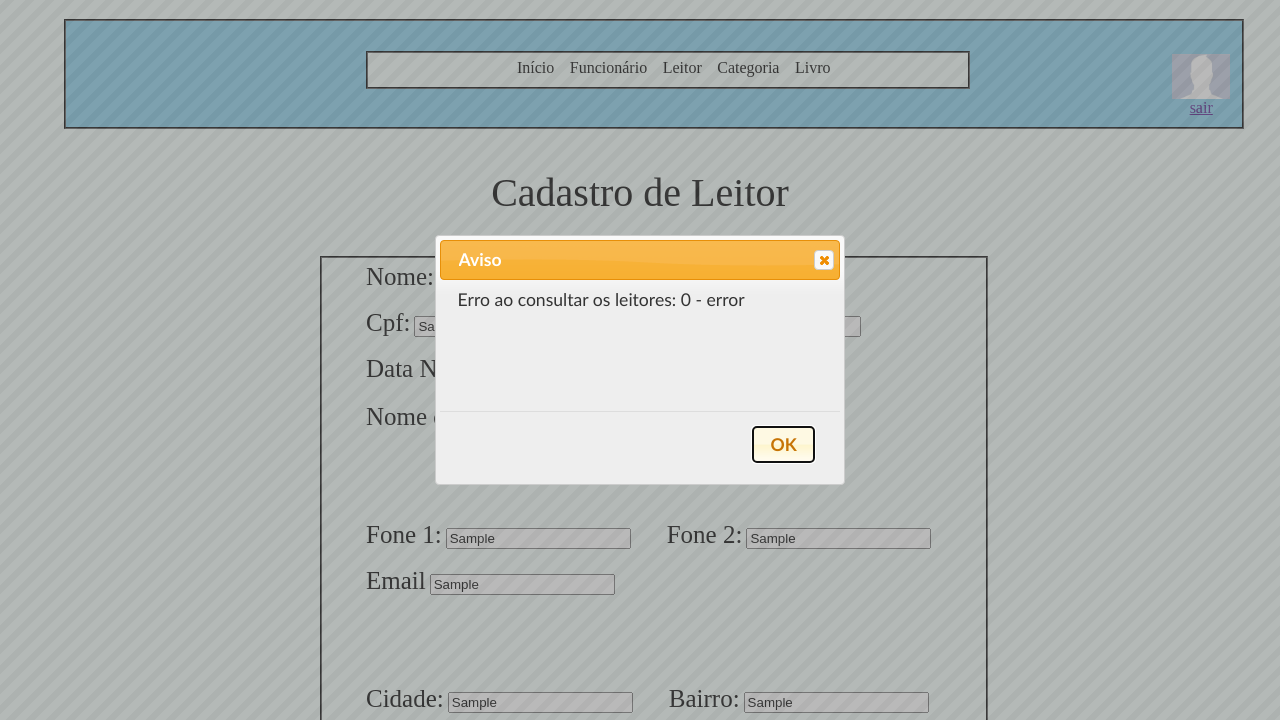
Repository: FaculdadeSenaiJoinville/PIGustavoMaertner
Page: projeto individual/WorkspaceProjetoIndividual/ProjetoIndividual/WebContent/pages/gerente/leitor/index.html
The author's editor kept a copy of each file at every save. The page is drawn from the files as they stood at one save, then again after the next save.
The browser window is 1280 px wide. The pictures show the window.
Empty fields were first filled with sample values (such as "Sample", 5 or name@example.com).
After loading, the first visible `#btnSubmitCadastro` was clicked once.
The page's requests for data from a server got no answer. A layer covers the whole window, so only the first screen is drawn.

Above is the page before, as saved 2022-02-15 22:28:35.
Console error: TypeError: Cannot read properties of undefined (reading 'files')

After the next save:
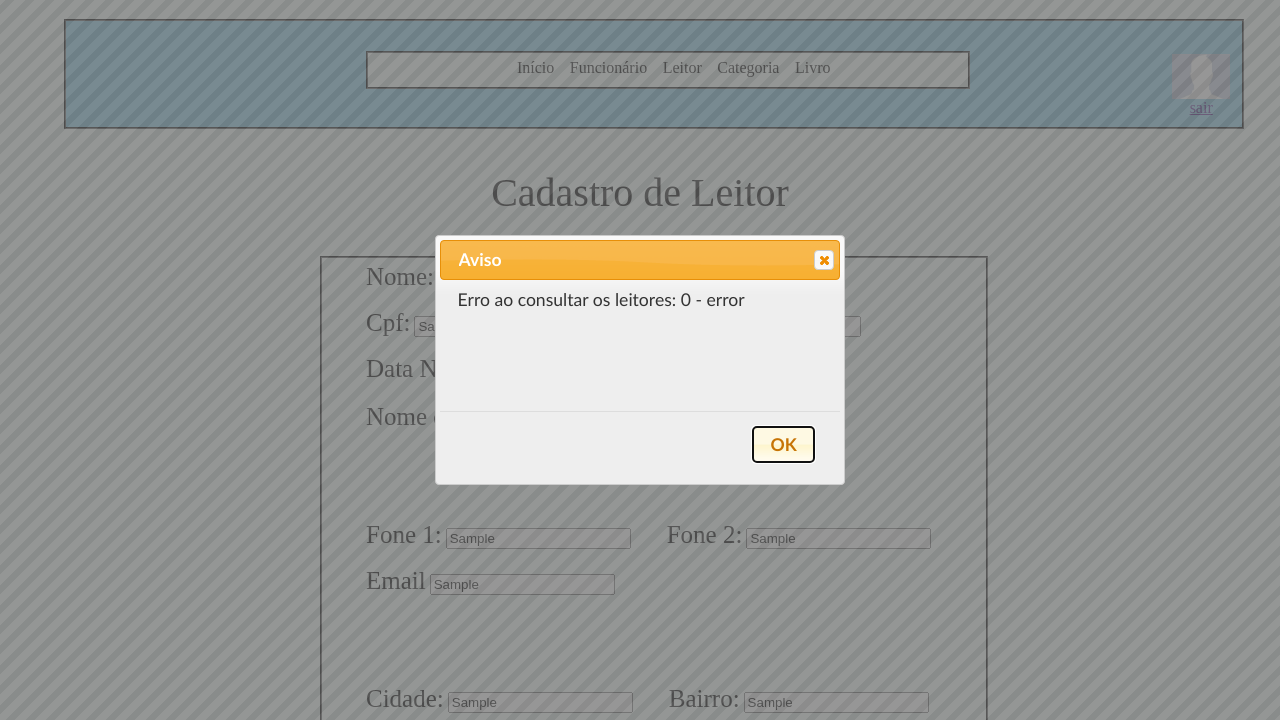
The error is gone.
Saved 6 min 11 s later.
--- a/projeto individual/WorkspaceProjetoIndividual/ProjetoIndividual/WebContent/js/gerente/leitor.js
+++ b/projeto individual/WorkspaceProjetoIndividual/ProjetoIndividual/WebContent/js/gerente/leitor.js
@@ -4,8 +4,6 @@ BIBLIOTECA.leitor = new Object();
 $(document).ready(function(){
 
 	BIBLIOTECA.leitor.cadastrar = function(){
-
-		BIBLIOTECA.leitor.inserirImagem();
 
 		var leitor = new Object();
 
@@ -46,38 +44,6 @@ $(document).ready(function(){
 		BIBLIOTECA.leitor.buscar();
 	};
 
-	BIBLIOTECA.leitor.inserirImagem = function(){
-
-		var leitor = new Object();
-
-
-		leitor.foto = document.frmLeitor.files.files[0];
-
-		console.log("leitor.foto");
-		console.log(leitor.foto);
-
-
-		var formData = new FormData();
-
-		formData.append('foto', leitor.foto);
-
-		console.log("formData");
-		console.log(formData);
-
-
-	    $.ajax({
-	        url: "/ProjetoIndividual/rest/leitor/inserirLivro",
-	        type: 'POST',
-	        data: formData,
-	        success: function (data) {
-	            alert("Imagem cadastrada!")
-	        },
-	        cache: false,
-	        contentType: false,
-	        processData: false
-	    });
-
-	};
 
 	BIBLIOTECA.leitor.buscar = function(){
 		var valorBusca = $("#inputBuscaFunc").val();
@@ -244,7 +210,6 @@ $(document).ready(function(){
 		leitor.numero = document.frmEditaLeitor.NumeroFunc.value;
 		leitor.cep = document.frmEditaLeitor.cepFunc.value;
 		leitor.nomeMae = document.frmEditaLeitor.maeFunc.value;
-		leitor.foto = document.frmEditaLeitor.files.value;
 		leitor.id_endereco = document.frmEditaLeitor.idEndereco.value;
 
 
